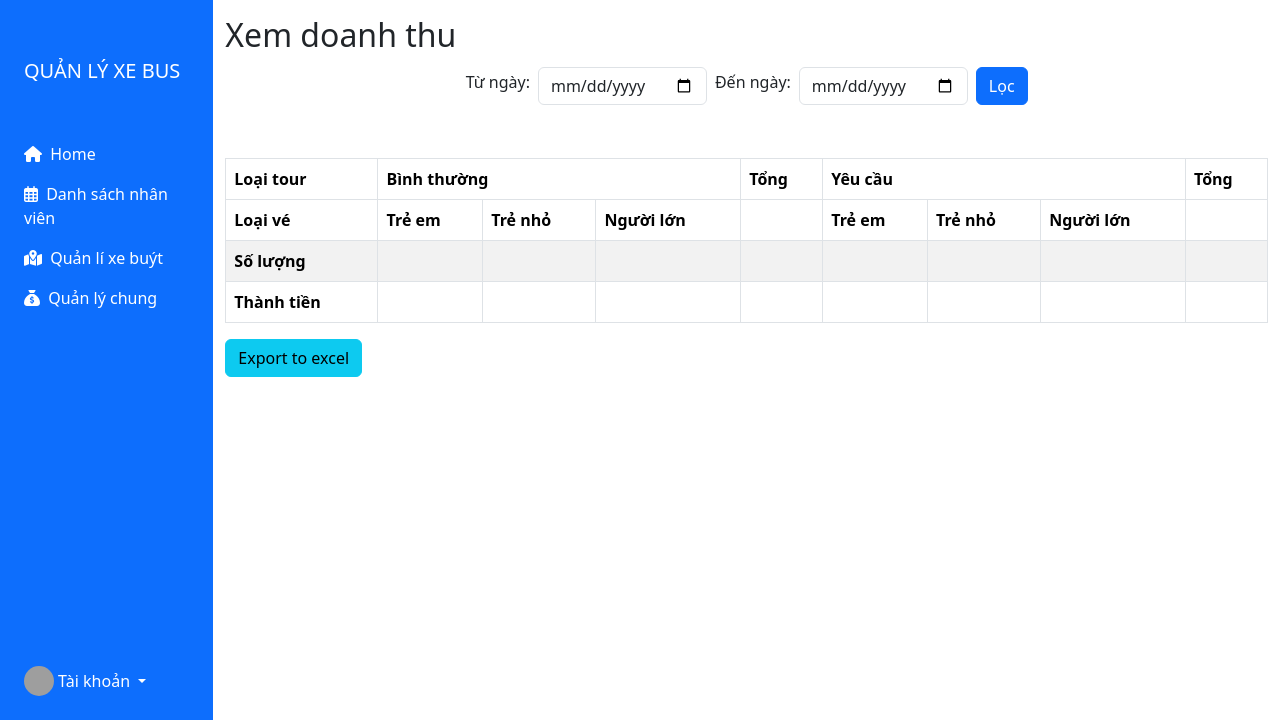
Repository: QuangHuy0801/Web_spring_MVC_BookingTour
Page: http://localhost/QLXB/WEB-INF/views/nhapdoanhthu/xemdoanhthu.jsp
The author's editor kept a copy of each file at every save. The page is drawn from the files as they stood at one save, then again after the next save.
The browser window is 1280 px wide. The pictures show the whole page.
Pictures or frames that could not be fetched are drawn as grey boxes. Some web libraries are served in a nearby version. The page is served by Tomcat 9. Nobody is signed in. The template is opened directly, without the code that normally fills it, so the values that code supplies are empty.

Above is the page before, as saved 2023-06-08 20:28:06.
Console error: ReferenceError: $ is not defined

After the next save:
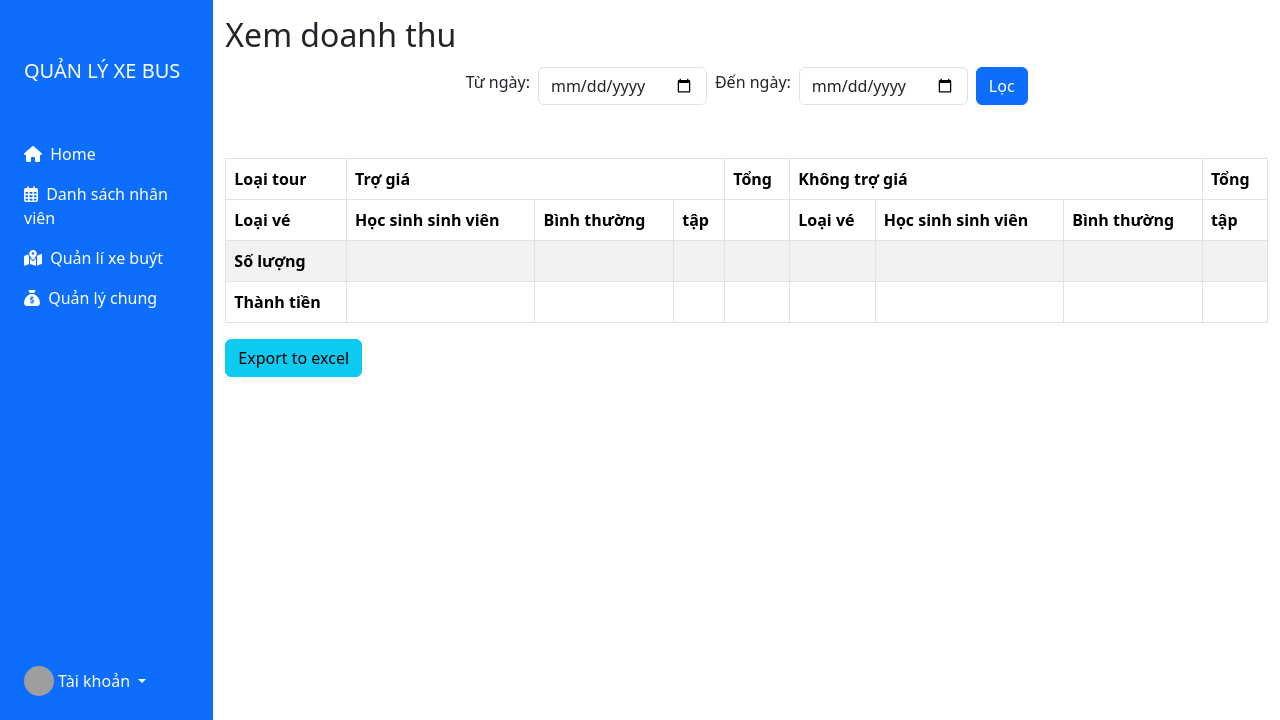
Saved 2 min 16 s later.
--- a/QLXB/src/main/webapp/WEB-INF/views/nhapdoanhthu/xemdoanhthu.jsp
+++ b/QLXB/src/main/webapp/WEB-INF/views/nhapdoanhthu/xemdoanhthu.jsp
@@ -44,22 +44,22 @@
 					<thead>
 						<tr>
 							<th scope="col">Loại tour</th>
-							<th scope="col" colspan="3">Bình thường</th>
+							<th scope="col" colspan="3">Trợ giá</th>
 							<th scope="col" colspan="1">Tổng</th>
-							<th scope="col" colspan="3">Yêu cầu</th>
+							<th scope="col" colspan="3">Không trợ giá</th>
 							<th scope="col" colspan="1">Tổng</th>
 
 						</tr>
 						<tr>
 							<th scope="col">Loại vé</th>
-							<th scope="col">Trẻ em</th>
-							<th scope="col">Trẻ nhỏ</th>
-							<th scope="col">Người lớn</th>
+							<th scope="col">Học sinh sinh viên</th>
+							<th scope="col">Bình thường</th>
+							<th scope="col">tập</th>
 							<th scope="col"></th>
-							<th scope="col">Trẻ em</th>
-							<th scope="col">Trẻ nhỏ</th>
-							<th scope="col">Người lớn</th>
-							<th scope="col"></th>
+							<th scope="col">Loại vé</th>
+							<th scope="col">Học sinh sinh viên</th>
+							<th scope="col">Bình thường</th>
+							<th scope="col">tập</th>
 
 						</tr>
 					</thead>
